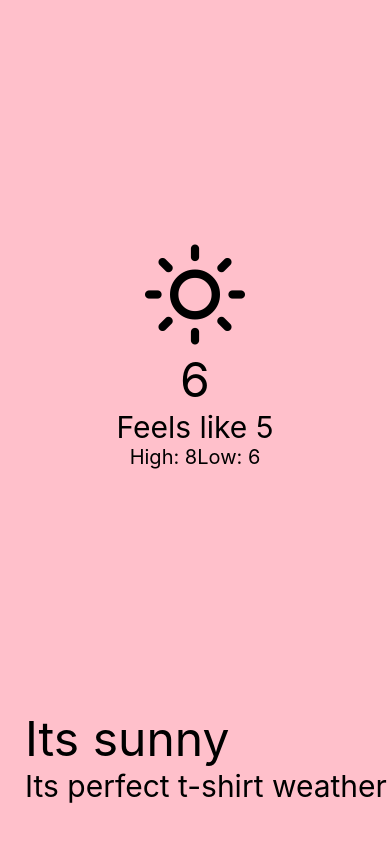
Repository: akinmiday/fcc
Screen: / (app in WeatherApp/)
An editor plug-in stored every save of this project. The screen is shown before and after the next save, followed by the edit.
The app was drawn by React Native's web renderer in a window 390 px wide. The project was rebuilt for these pictures with package versions that can differ from the ones it lists, and the page was loaded fresh each time.

Above is the screen before, as saved 2023-07-18 07:38:05.

### WeatherApp/App.js
import React from "react"
import { View, StyleSheet } from "react-native"
import CurrentWeather from "./src/components/CurrentWeather"


const App = () =>{
  return(
    <View style={styles.container} >
      <CurrentWeather />
    </View>
  )
}

const styles= StyleSheet.create({
  container: {
    flex:1
  }
})

export default App

### WeatherApp/src/components/CurrentWeather.js
import React from "react";
import { View, Text, SafeAreaView, StyleSheet } from "react-native";
import { Feather } from '@expo/vector-icons';

const CurrentWeather = () =>{
  return(
   <SafeAreaView style={styles.wrapper} >
     <View style={styles.container} >
     <Feather name="sun" size={100} color="#000" />
      <Text style={styles.temp} >6</Text>
      <Text style={styles.feels} >Feels like 5</Text>
      <View style={styles.highLowWrapper} >
        <Text style={styles.highLow} >High: 8</Text>
        <Text style={styles.highLow} >Low: 6</Text>
      </View>
     </View>
     <View style={styles.bodyWrapper} >
        <Text style={styles.description} >Its sunny</Text>
        <Text style={styles.message} >Its perfect t-shirt weather</Text>
      </View>
   </SafeAreaView>
  )
}

const styles= StyleSheet.create({
  wrapper:{
    flex:1,
    backgroundColor: 'pink'
  },
  container:{
    flex:1,
    alignItems: 'center',
    justifyContent: 'center'
  },
  temp:{
    color:'#000',
    fontSize:48
  },
  feels:{
    fontSize: 30,
    color:'#000'
  },
  highLow:{
    color:'#000',
    fontSize: 20
  },
  highLowWrapper:{
    flexDirection: 'row'
  },
  bodyWrapper:{
    justifyContent: 'flex-end',
    alignItems: 'flex-start',
    paddingLeft: 25,
    marginBottom: 40
  },
  description:{
    fontSize:48
  },
  message:{
    fontSize:30
  }
})

export default CurrentWeather

After the next save:
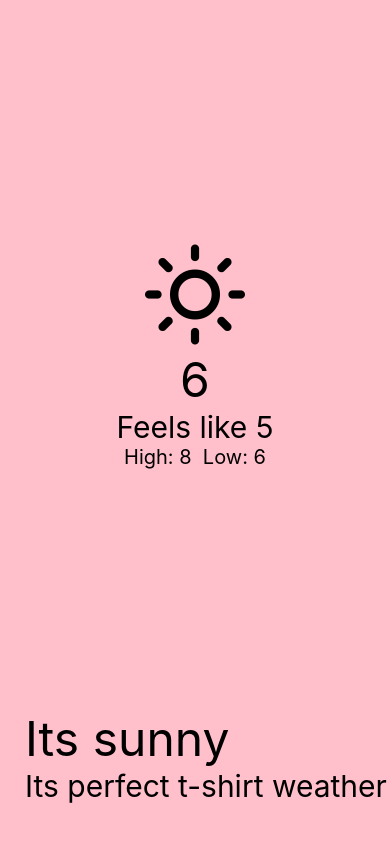
Saved 58 s later.
--- a/WeatherApp/src/components/CurrentWeather.js
+++ b/WeatherApp/src/components/CurrentWeather.js
@@ -10,8 +10,8 @@ const CurrentWeather = () =>{
       <Text style={styles.temp} >6</Text>
       <Text style={styles.feels} >Feels like 5</Text>
       <View style={styles.highLowWrapper} >
-        <Text style={styles.highLow} >High: 8</Text>
-        <Text style={styles.highLow} >Low: 6</Text>
+        <Text style={styles.highLow} >High: 8 </Text>
+        <Text style={styles.highLow} > Low: 6</Text>
       </View>
      </View>
      <View style={styles.bodyWrapper} >
